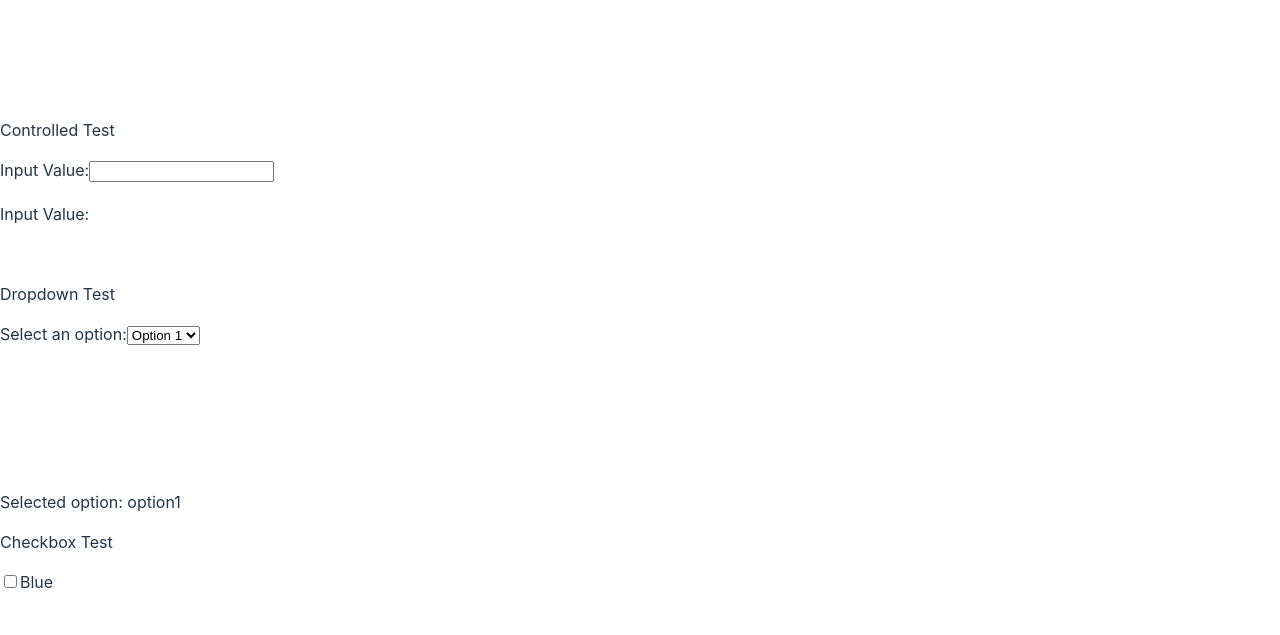
Repository: MariJafari/React-Form
Page: / (app in Desktop/Vite_jsx (3)/Vite_jsx/React Forms/)
An editor plug-in stored every save of this project. The page is shown before and after a run of saves, followed by the edit.
The browser window is 1280 px wide. The pictures show the whole page.
The project was rebuilt for these pictures with package versions that can differ from the ones it lists, and the page was loaded fresh each time. Also part of the build but not shown: Desktop/Vite_jsx (3)/Vite_jsx/React Forms/vite.config.js.

Above is the page before, as saved 2023-10-28 21:00:33.

### Desktop/Vite_jsx (3)/Vite_jsx/React Forms/src/App.jsx
// eslint-disable-next-line no-unused-vars
import React from "react";
// import Validate from "./components/Validate/Validate";
 import Dropdown from "./components/Dropdown/Dropdown";
 import Checkbox from "./components/Checkbox/Checkbox";
// import Multiple from "./components/Multiple/Multiple";
// import Uncontrolled from "./components/Uncontrolled/Uncontrolled";
// import Controlled from "./components/Controlled/Controlled";
// import ReactHookForm from "./components/ReactHookForm/Example";
//eslint-disable-next-line no-unused-vars
import ControlledComponent from "./components/Controlled/Controlled";




const App = () => {
 return (
 <div>
   <p>Controlled Test</p>
   {<ControlledComponent />}
  <br />
   <p>Dropdown Test</p>
   {<Dropdown />}
   <p>Checkbox Test</p>
   {<Checkbox /> }
 {/*{<Controlled/>}


{ <Multiple /> }
{ <Validate /> }
 {<Uncontrolled />}
 <ReactHookForm /> */}

 </div>
 );
};
export default App;

### Desktop/Vite_jsx (3)/Vite_jsx/React Forms/src/components/Dropdown/Dropdown.jsx
// eslint-disable-next-line no-unused-vars
import React, { useState } from "react";
import "./dropdown.css";

export default function Dropdown()
 {
        const [selectedOption, setSelectedOption] = useState("option1");
        const handleDropdownChange = (event) => {
        setSelectedOption(event.target.value);
        };

        return (
            <form>
                 <label>
                    Select an option:
                    <select value={selectedOption} onChange={handleDropdownChange}>
 <option value="option1">Option 1</option>
 <option value="option2">Option 2</option>
<option value="option3">Option 3</option>
                    </select>
                </label>
                    <p className="dropdown__selected">Selected option: {selectedOption}</p>
            </form>
        );
}

### Desktop/Vite_jsx (3)/Vite_jsx/React Forms/src/components/Checkbox/Checkbox.jsx
// eslint-disable-next-line no-unused-vars
import  React, { useState } from "react";

import "./checkbox.css";

function Checkbox() {
        const [isChecked, setIsChecked] = useState(false);
        const handleChange = (event) => {
        setIsChecked(event.target.checked);
        };
        return (
            <form>
                <label htmlFor="color" className="checkbox__text">
                    <input
                        className="checkbox__input"
                        type="checkbox"
                        name="color"
                        checked={isChecked}
                        onChange={handleChange}
                     />
                        Blue
                </label>
                {isChecked && <div>Blue is selected!</div>}
            </form>
        );
}
    export default Checkbox;

### Desktop/Vite_jsx (3)/Vite_jsx/React Forms/src/components/Controlled/Controlled.jsx
/* eslint-disable no-unused-vars */
import React, { useState } from "react";

import "./controlled.css";

export default function ControlledComponent()
 {
    const [inputValue, setInputValue] = useState("");
    const handleChange = (event) => {
    setInputValue(event.target.value);
    };

    return (
        <form>
            <label>
            Input Value:
            <input type="text" value={inputValue} onChange={handleChange} />
            </label>
            <p className="controlled__text">Input Value: {inputValue}</p>
        </form>
    );

}

### Desktop/Vite_jsx (3)/Vite_jsx/React Forms/src/components/Dropdown/dropdown.css
.dropdown__selected {margin-top: 9rem;
    }

### Desktop/Vite_jsx (3)/Vite_jsx/React Forms/src/components/Checkbox/checkbox.css
.checkbox__input {
    margin-bottom: 30px;
    }

### Desktop/Vite_jsx (3)/Vite_jsx/React Forms/src/components/Controlled/controlled.css
.controlled__text {
  margin-top: 20px;
    }

Loaded but not shown: Desktop/Vite_jsx (3)/Vite_jsx/React Forms/index.html (common file); Desktop/Vite_jsx (3)/Vite_jsx/React Forms/src/main.jsx (common file); Desktop/Vite_jsx (3)/Vite_jsx/React Forms/src/index.css (common file)

After the next 2 saves:
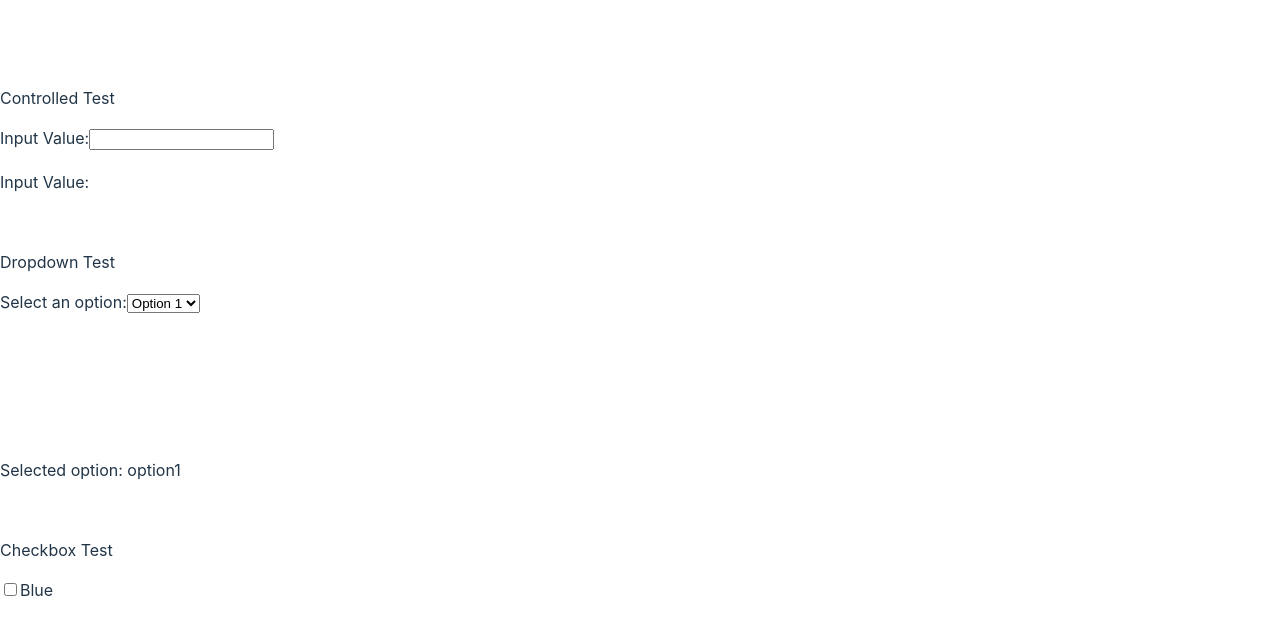
The 2 saves are shown as one change because they came seconds apart.
The last was saved 13 s later.
--- a/Desktop/Vite_jsx (3)/Vite_jsx/React Forms/src/App.jsx
+++ b/Desktop/Vite_jsx (3)/Vite_jsx/React Forms/src/App.jsx
@@ -21,8 +21,10 @@ const App = () => {
   <br />
    <p>Dropdown Test</p>
    {<Dropdown />}
+   <br />
    <p>Checkbox Test</p>
    {<Checkbox /> }
+   <br />
  {/*{<Controlled/>}
 
 
